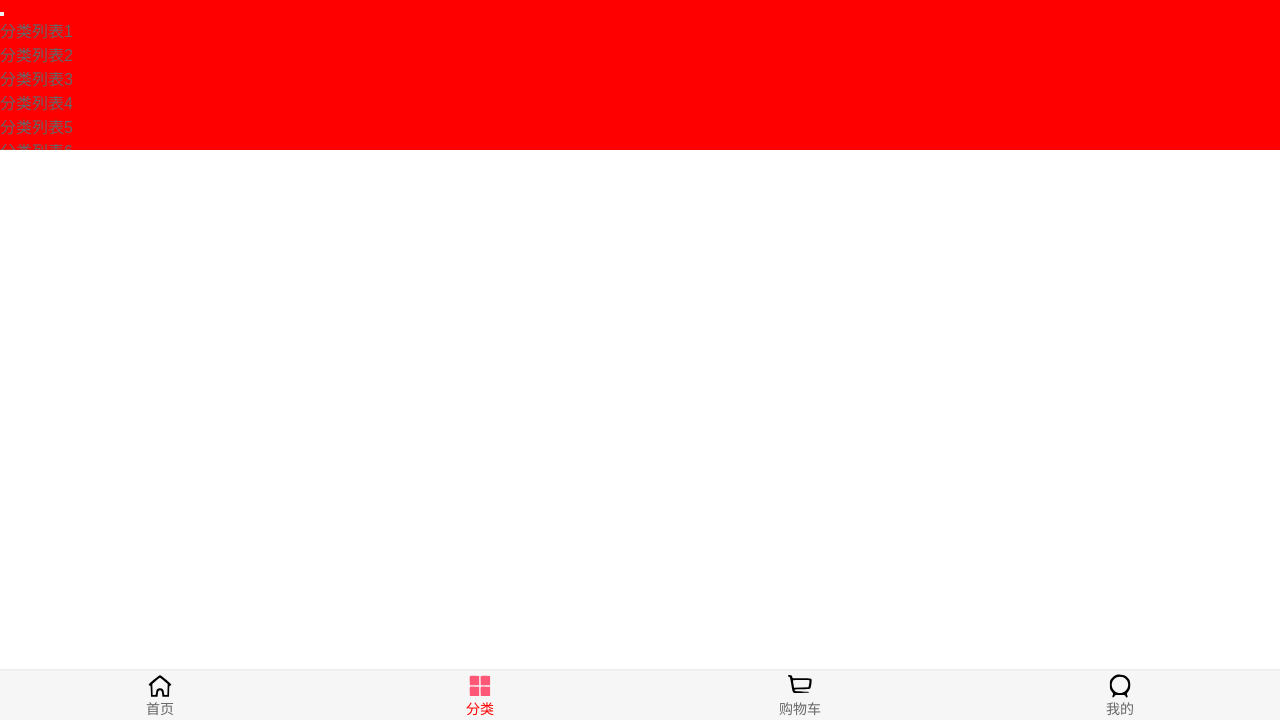
Repository: pumbaaWen/testmall
Page: /category
These files come from the project's save history. The page is drawn as it stood at one moment and after the next save; the edit follows.
The browser window is 1280 px wide. The pictures show the whole page.
The project was rebuilt for these pictures with package versions that can differ from the ones it lists, and the page was loaded fresh each time.

Above is the page before, as saved 2021-10-27 13:53:30.

After the next save:
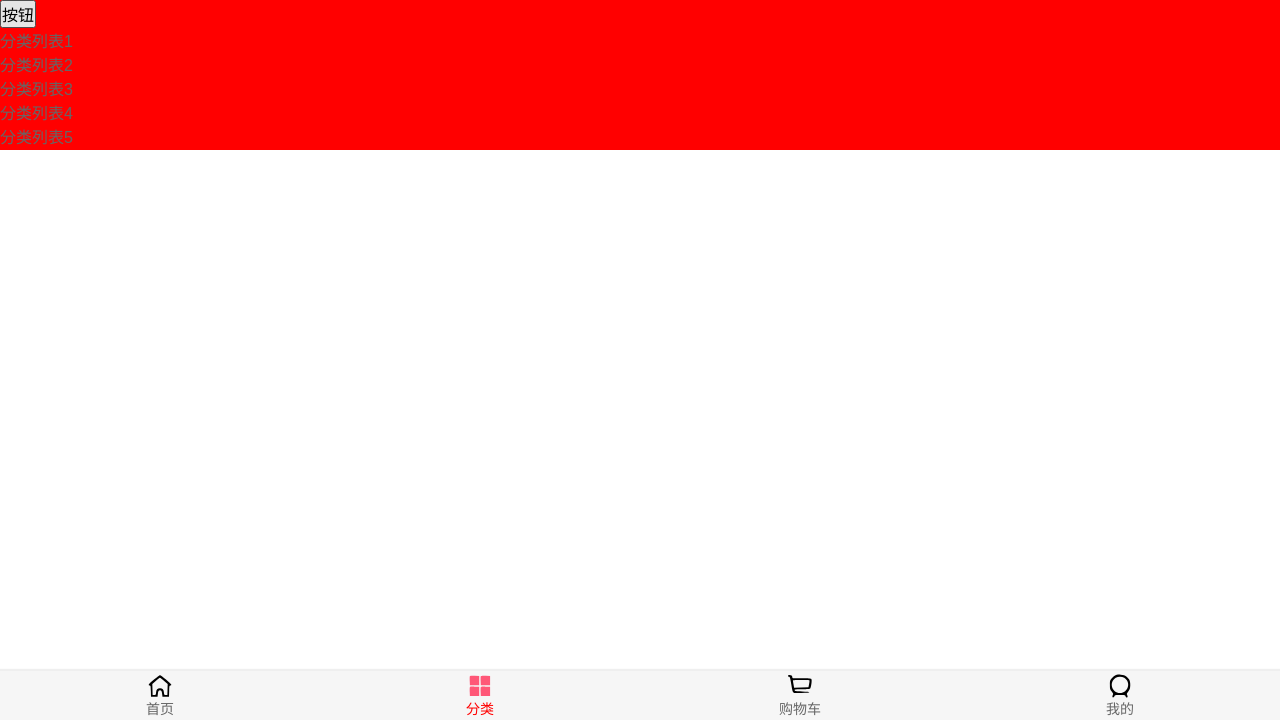
Saved 27 s later.
--- a/src/views/category/Category.vue
+++ b/src/views/category/Category.vue
@@ -1,7 +1,7 @@
 <template>
   <div class="wrapper">
     <ul class="content">
-    <button @click="bthClick"></button>
+    <button @click="bthClick">按钮</button>
     <li>分类列表1</li>
     <li>分类列表2</li>
     <li>分类列表3</li>
